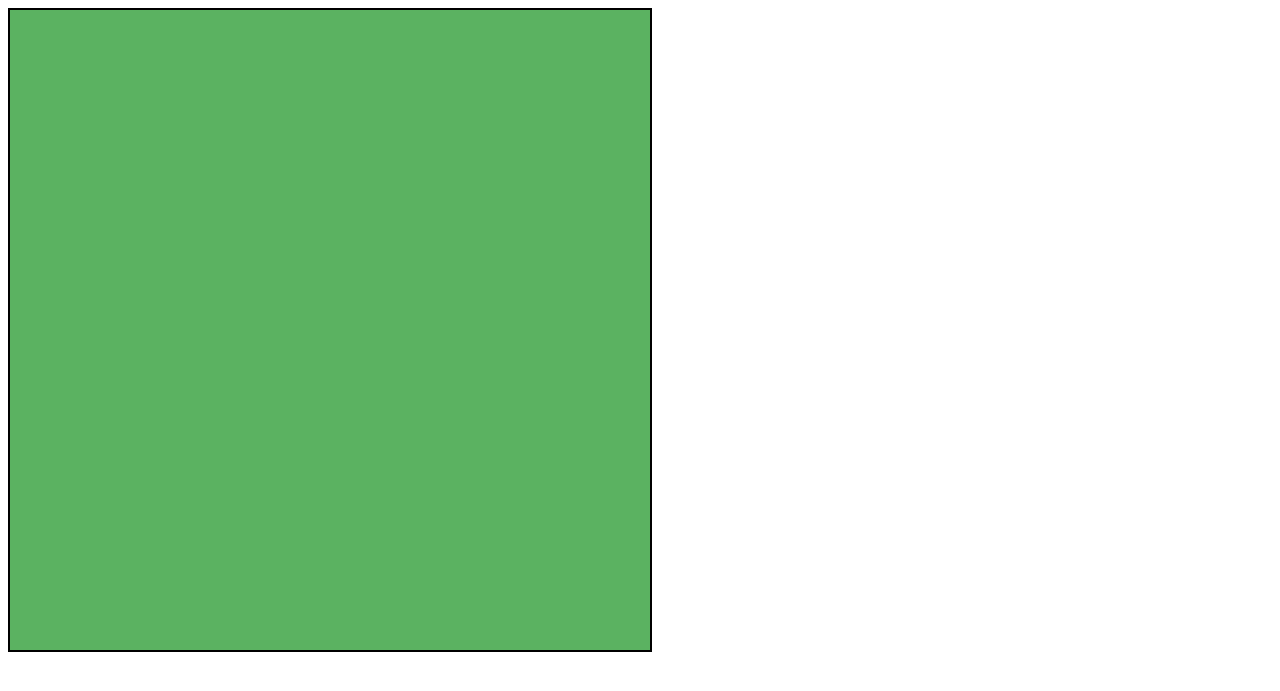
Repository: sezna/gamestuff
Page: http://localhost/
The author's editor kept a record of every edit. The page is drawn from the files as they stood at one moment, then again after the next edit.
The browser window is 1280 px wide. The pictures show the whole page.
The page is run by PHP 8.4 with error messages shown; the project is at /var/www/html/.

Above is the page before.

### workspace/index.php
<html>
<head>

</head>

<body>
<canvas id="canvas" width="640" height="640"
		style="border:2px solid #000000;"></canvas>
</body>

<script>

      var canvas = document.getElementById("canvas");
      var ctx = canvas.getContext("2d");

      ctx.fillStyle = "#5bb261";

      ctx.fillRect(0, 0, 640, 640);

</script>


</html>

After the next edit:
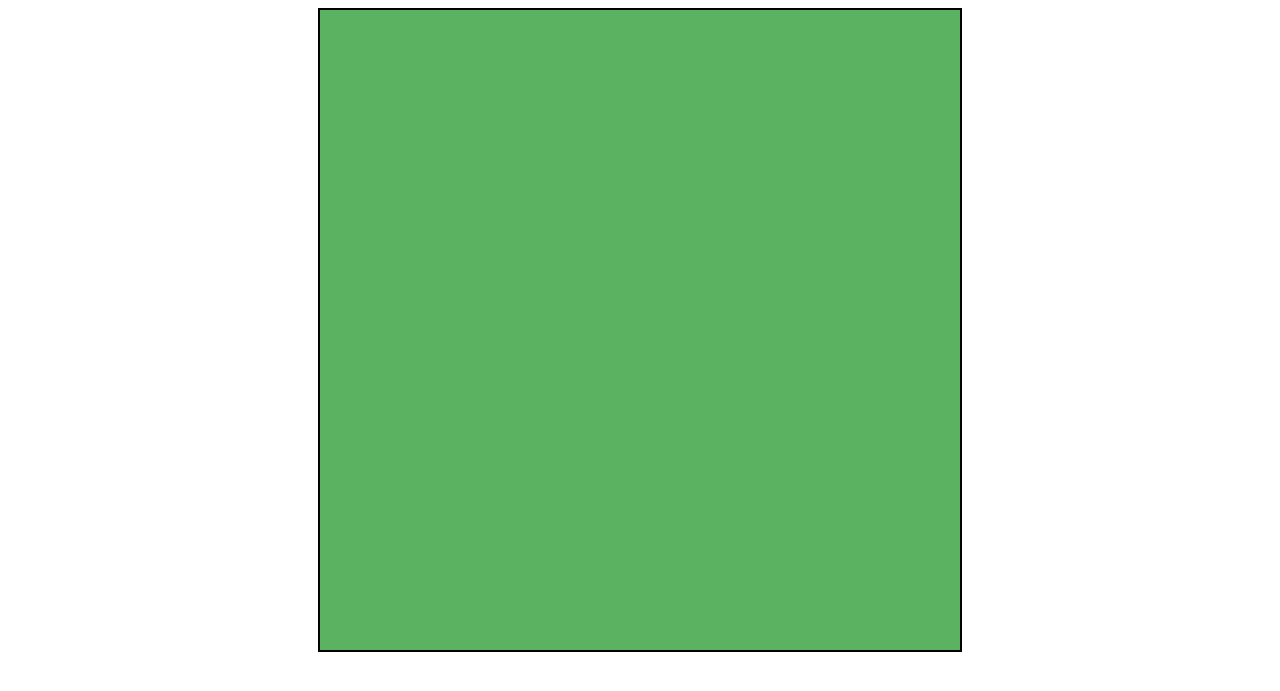
The edit:
--- a/workspace/index.php
+++ b/workspace/index.php
@@ -4,6 +4,7 @@
 </head>
 
 <body>
+<center>
 <canvas id="canvas" width="640" height="640"
 		style="border:2px solid #000000;"></canvas>
 </body>
